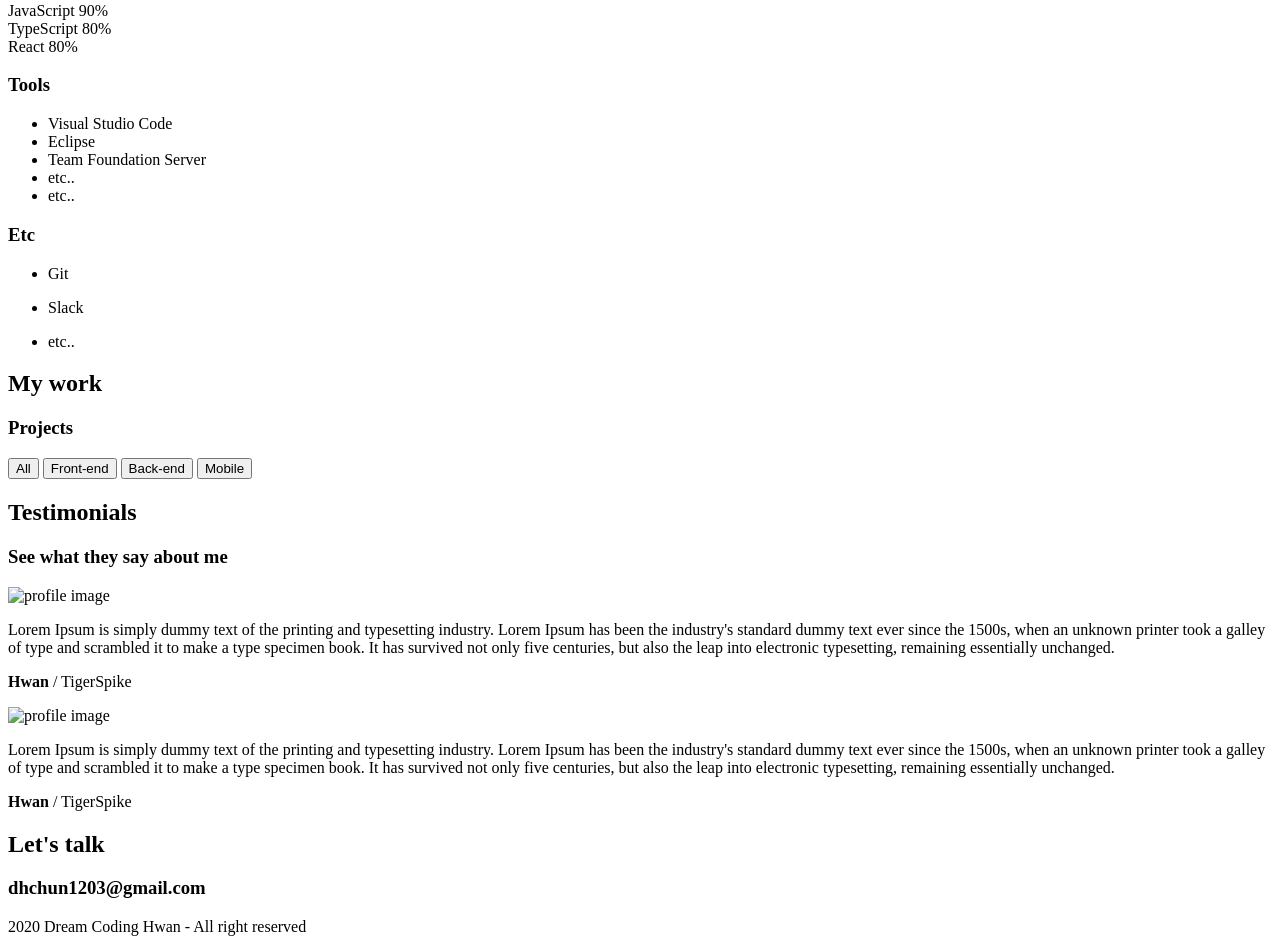
Repository: dhchun1203/Portfolio
Page: index.html
The author's editor kept a copy of each file at every save. The page is drawn from the files as they stood at one save, then again after the next save.
The browser window is 1280 px wide. The pictures show the part of the page from y = 1426 to 2378 px (the page is 2378 px tall before and 2250 px after).
A picture or video elsewhere on the page could not be fetched, so the positions and the page height are approximate. Some web libraries are served in a nearby version.

Above is the page before, as saved 2020-12-04 10:29:31.

### index.html
<!DOCTYPE html>
<html lang="en">
	<head>
		<meta charset="UTF-8" />
		<meta name="viewport" content="width=device-width, initial-scale=1.0" />
		<title>Hwan's Portfolio</title>
		<meta
			name="description"
			content="portfolio for world-renowned software engineer Hwan"
		/>
		<meta name="author" content="Hwan" />
		<link rel="icon" type="image/png" href="imgs/favicon.png" />
		<script
			src="https://kit.fontawesome.com/8b98a99811.js"
			crossorigin="anonymous"
		></script>
		<link rel="preconnect" href="https://fonts.gstatic.com" />
		<link
			href="https://fonts.googleapis.com/css2?family=Open+Sans:wght@400;600;700&display=swap"
			rel="stylesheet"
		/>
		<link rel="stylesheet" href="style.css" />
		<script src="main.js" defer></script>
	</head>
	<body>
		<!-- Navbar -->
		<nav id="navbar">
			<div class="navbar__logo">
				<i class="fab fa-diaspora"></i>
				<a href="#">Hwan</a>
			</div>
			<div class="navbar__menu">
				<ul class="navbar__menu">
					<li class="navbar__menu__item">Home</li>
					<li class="navbar__menu__item">About</li>
					<li class="navbar__menu__item">Skills</li>
					<li class="navbar__menu__item">My work</li>
					<li class="navbar__menu__item">Testimonial</li>
					<li class="navbar__menu__item">Contact</li>
				</ul>
			</div>
		</nav>
		<!-- Home -->
		<section id="home">
			<img class="home__avatar" src="imgs/profile.jpg" alt="profile" />

			<h1 class="home__title">Hello, <br />Let me introduce myself!</h1>

			<h2 class="home__description">
				A frontend Developer currently residing in Yongin, South Korea.
			</h2>
			<button class="home__contact">CONTACT ME</button>
		</section>
		<!-- About -->
		<!-- modify BEM naming and add images, icons -->
		<section id="about">
			<h1>About me</h1>
			<p>
				자기소개 Lorem Ipsum is simply dummy text of the printing and
				typesetting industry. Lorem Ipsum has been the industry's standard dummy
				text ever since the 1500s, when an unknown printer took a galley of type
				and scrambled it to make a type specimen book. It has survived not only
				five centuries, but also the leap into electronic typesetting, remaining
				essentially unchanged. It was popularised in the 1960s with the release
				of Letraset sheets containing Lorem Ipsum passages, and more recently
				with desktop publishing software like Aldus PageMaker including versions
				of Lorem Ipsum.
			</p>
			<div class="about__majors">
				<div class="major">
					<div class="major__icon"><i class="fab fa-html5"></i></div>
					<div class="major__title">HTML</div>
					<div class="major__description">html</div>
				</div>
				<div class="major">
					<div class="major__icon"><i class="fab fa-css3-alt"></i></div>
					<div class="major__title">CSS</div>
					<div class="major__description">css</div>
				</div>
				<div class="major">
					<div class="major__icon"><i class="fab fa-js"></i></div>
					<div class="major__title">JavaScript</div>
					<div class="major__description">javascript</div>
				</div>
			</div>
			<!-- <div class="about__spec">
				<div class="about__spec__item">
					<img src="" alt="HtmlImage" />
					<h3>HTML</h3>
					<p>html</p>
				</div>
				<div class="about__spec__item">
					<img src="" alt="CssImage" />
					<h3>CSS</h3>
					<p>css</p>
				</div>
				<div class="about__spec__item">
					<img src="" alt="JavaScriptImage" />
					<h3>JavaScript</h3>
					<p>javascript</p>
				</div>
			</div> -->
			<div class="about__jobs">
				<div class="job">
					<img
						src="imgs/jobs/nciaedu_logo.png"
						alt="ncia logo"
						class="job__logo"
					/>
					<p class="job__name">blablalbla</p>
					<p class="job__period">2017-2018</p>
				</div>
				<div class="job">
					<img
						src="imgs/jobs/nciaedu_logo.png"
						alt="ncia logo"
						class="job__logo"
					/>
					<p class="job__name">blablalbla</p>
					<p class="job__period">2017-2018</p>
				</div>
			</div>
			<!-- <div class="career">
				<div class="career__item">
					<img class="career__image" src="" alt="career image" />
					<p>what's my career</p>
				</div>
				<div class="career__item">
					<img class="career__image" src="" alt="career image" />
					<p>what's my career</p>
				</div>
			</div> -->
		</section>
		<!-- Skills -->
		<!-- modify BEM naming and change some tags more approriately -->
		<!-- <section id="skills">
			<h2 class="skills__title">Skills</h2>
			<h3 class="skills__subTitle">Skills & Attributes</h3>
			<p class="skills__description">
				Experience with all phases of the software life-cycle. Passion for
				learning new technologies. Capable of working within a team enviroment
				and independently. Ability to plan and time schedule, work under strict
				time pressure and adapt quickly when needed.
			</p>
			<div class="skills__summary">
				<div class="skills__summary__box">
					<h4 class="skills__summary__title">Skills</h4>
					<div class="skills__summary__content">
						<div class="skills__summary__skill">
							<div class="skill__header">
								<h5>HTML</h5>
								<h5>percentage</h5>
							</div>
							<div class="skill__percentageBar"></div>
						</div>
						<div class="skills__summary__skill">
							<div class="skill__header">
								<h5>CSS</h5>
								<h5>percentage</h5>
							</div>
							<div class="skill__percentageBar"></div>
						</div>
						<div class="skills__summary__skill">
							<div class="skill__header">
								<h5>JAVASCRIPT</h5>
								<h5>percentage</h5>
							</div>
							<div class="skill__percentageBar"></div>
						</div>
						<div class="skills__summary__skill">
							<div class="skill__header">
								<h5>TYPESCRIPT</h5>
								<h5>percentage</h5>
							</div>
							<div class="skill__percentageBar"></div>
						</div>
						<div class="skills__summary__skill">
							<div class="skill__header">
								<h5>REACT</h5>
								<h5>percentage</h5>
							</div>
							<div class="skill__percentageBar"></div>
						</div>
						<div class="skills__summary__skill">
							<div class="skill__header">
								<h5>NODEJS</h5>
								<h5>percentage</h5>
							</div>
							<div class="skill__percentageBar"></div>
						</div>
					</div>
				</div>
				<div class="skills__summary__secondBox">
					<div class="skills__summary__box">
						<h4 class="skills__summary__title">Tools</h4>
						<ul class="skills__summary__content">
							<li><h5>Visual Studio</h5></li>
							<li><h5>Eclipse</h5></li>
							<li><h5>Team Foundation Server</h5></li>
							<li><h5>etc..</h5></li>
							<li><h5>etc..</h5></li>
						</ul>
					</div>
					<div class="skills__summary__box">
						<h4 class="skills__summary__title">Etc</h4>
						<h5>Git</h5>
					</div>
				</div>
			</div>
		</section> -->
		<section class="skills">
			<h1>Skills</h1>
			<h2>Skills & Attributes</h2>
			<p>
				Experience with all phases of the software life-cycle. Passion for
				learning new technologies. Capable of working within a team enviroment
				and independently. Ability to plan and time schedule, work under strict
				time pressure and adapt quickly when needed.
			</p>
			<div class="skillset">
				<div class="skillset__left">
					<h3 class="skillset__title">Skills</h3>
					<div class="skill">
						<div class="skill_description">
							<span>HTML</span>
							<span>99%</span>
						</div>
						<div class="skill__bar">
							<div class="skill__value"></div>
						</div>
					</div>
					<div class="skill">
						<div class="skill_description">
							<span>CSS</span>
							<span>80%</span>
						</div>
						<div class="skill__bar">
							<div class="skill__value"></div>
						</div>
					</div>
					<div class="skill">
						<div class="skill_description">
							<span>JavaScript</span>
							<span>90%</span>
						</div>
						<div class="skill__bar">
							<div class="skill__value"></div>
						</div>
					</div>
					<div class="skill">
						<div class="skill_description">
							<span>TypeScript</span>
							<span>80%</span>
						</div>
						<div class="skill__bar">
							<div class="skill__value"></div>
						</div>
					</div>
					<div class="skill">
						<div class="skill_description">
							<span>React</span>
							<span>80%</span>
						</div>
						<div class="skill__bar">
							<div class="skill__value"></div>
						</div>
					</div>
				</div>
				<div class="skillset__right">
					<h3 class="skillset__title">Tools</h3>
					<ul class="tools__list">
						<li><span>Visual Studio Code</span></li>
						<li><span>Eclipse</span></li>
						<li><span>Team Foundation Server</span></li>
						<li><span>etc..</span></li>
						<li><span>etc..</span></li>
					</ul>
					<h3 class="skillset__title">Etc</h3>
					<ul class="etc__list">
						<li><span>Git</span></li>
					</ul>
					<ul class="etc__list">
						<li><span>Slack</span></li>
					</ul>
					<ul class="etc__list">
						<li><span>etc..</span></li>
					</ul>
				</div>
			</div>
		</section>
		<!-- My work -->
		<section id="myWork">
			<h2 class="myWork__title">My work</h2>
			<h3 class="myWork__subTitle">Projects</h3>
			<div class="myWork__menu">
				<button class="myWork__menu__btn">All</button>
				<button class="myWork__menu__btn">Front-end</button>
				<button class="myWork__menu__btn">Back-end</button>
				<button class="myWork__menu__btn">Mobile</button>
			</div>
			<div class="myWork__displayItems"></div>
		</section>
		<!-- Testimonial -->
		<section id="testimonial">
			<h2 class="testimonial__title">Testimonials</h2>
			<h3 class="testimonial__subTitle">See what they say about me</h3>
			<div class="testimonial__content">
				<div class="testimonial__content__item">
					<img src="" alt="profile image" class="testimonial__avatar" />
					<div class="testimonial__mention">
						<p>
							Lorem Ipsum is simply dummy text of the printing and typesetting
							industry. Lorem Ipsum has been the industry's standard dummy text
							ever since the 1500s, when an unknown printer took a galley of
							type and scrambled it to make a type specimen book. It has
							survived not only five centuries, but also the leap into
							electronic typesetting, remaining essentially unchanged.
						</p>
						<p><strong>Hwan</strong> / TigerSpike</p>
					</div>
				</div>
				<div class="testimonial__content__item">
					<img src="" alt="profile image" class="testimonial__avatar" />
					<div class="testimonial__mention">
						<p>
							Lorem Ipsum is simply dummy text of the printing and typesetting
							industry. Lorem Ipsum has been the industry's standard dummy text
							ever since the 1500s, when an unknown printer took a galley of
							type and scrambled it to make a type specimen book. It has
							survived not only five centuries, but also the leap into
							electronic typesetting, remaining essentially unchanged.
						</p>
						<p><strong>Hwan</strong> / TigerSpike</p>
					</div>
				</div>
			</div>
		</section>
		<!-- Contact -->
		<footer id="contact">
			<h2 class="contact__title">Let's talk</h2>
			<h3 class="contact__email">dhchun1203@gmail.com</h3>
			<div class="contact__socialMediaIcon">
				<i class=""></i>
				<i class=""></i>
			</div>
			<p class="contact__copyRight">
				2020 Dream Coding Hwan - All right reserved
			</p>
		</footer>
	</body>
</html>

### style.css
/* font-family: 'Open Sans', sans-serif; */

Loaded but not shown: main.js (no copy from this time; the picture is the same without it)

After the next save:
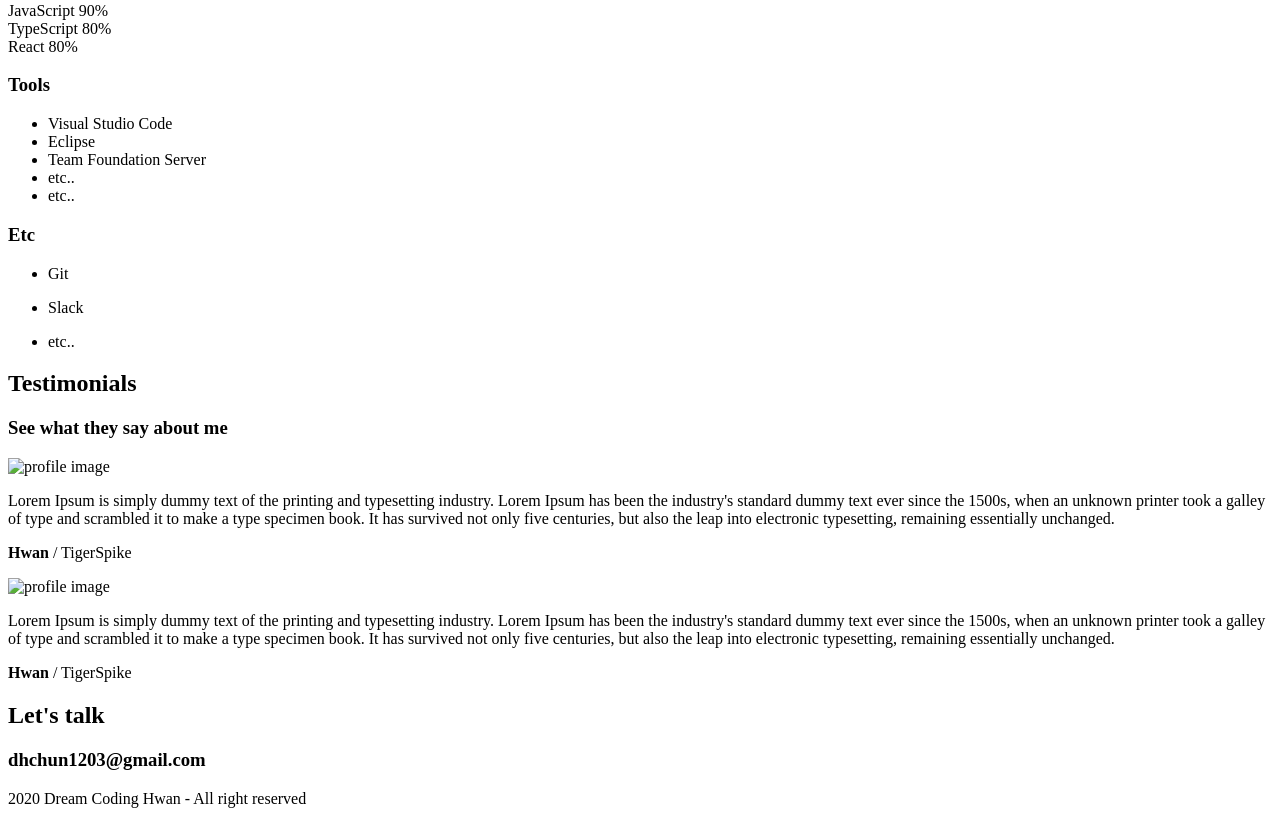
Saved 10 h 24 min later.
--- a/index.html
+++ b/index.html
@@ -289,7 +289,8 @@
 			</div>
 		</section>
 		<!-- My work -->
-		<section id="myWork">
+		<!-- <section id="myWork">
+
 			<h2 class="myWork__title">My work</h2>
 			<h3 class="myWork__subTitle">Projects</h3>
 			<div class="myWork__menu">
@@ -299,7 +300,7 @@
 				<button class="myWork__menu__btn">Mobile</button>
 			</div>
 			<div class="myWork__displayItems"></div>
-		</section>
+		</section> -->
 		<!-- Testimonial -->
 		<section id="testimonial">
 			<h2 class="testimonial__title">Testimonials</h2>

After the save that followed:
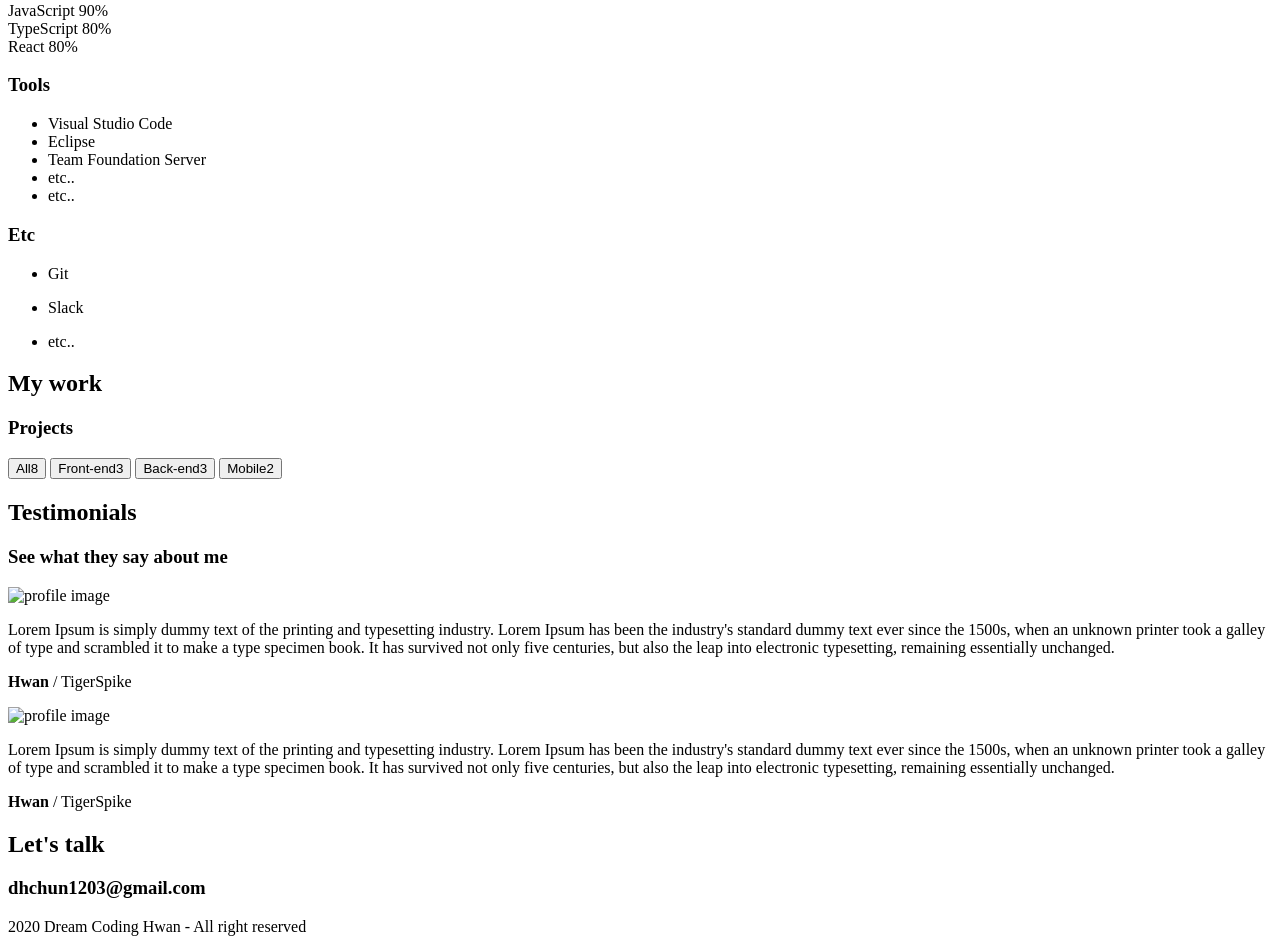
Saved 3 min 29 s later.
--- a/index.html
+++ b/index.html
@@ -301,6 +301,24 @@
 			</div>
 			<div class="myWork__displayItems"></div>
 		</section> -->
+		<section class="work">
+			<h1>My work</h1>
+			<h3>Projects</h3>
+			<div class="work__categories">
+				<button class="category__btn">
+					All<span class="category__count">8</span>
+				</button>
+				<button class="category__btn">
+					Front-end<span class="category__count">3</span>
+				</button>
+				<button class="category__btn">
+					Back-end<span class="category__count">3</span>
+				</button>
+				<button class="category__btn">
+					Mobile<span class="category__count">2</span>
+				</button>
+			</div>
+		</section>
 		<!-- Testimonial -->
 		<section id="testimonial">
 			<h2 class="testimonial__title">Testimonials</h2>
